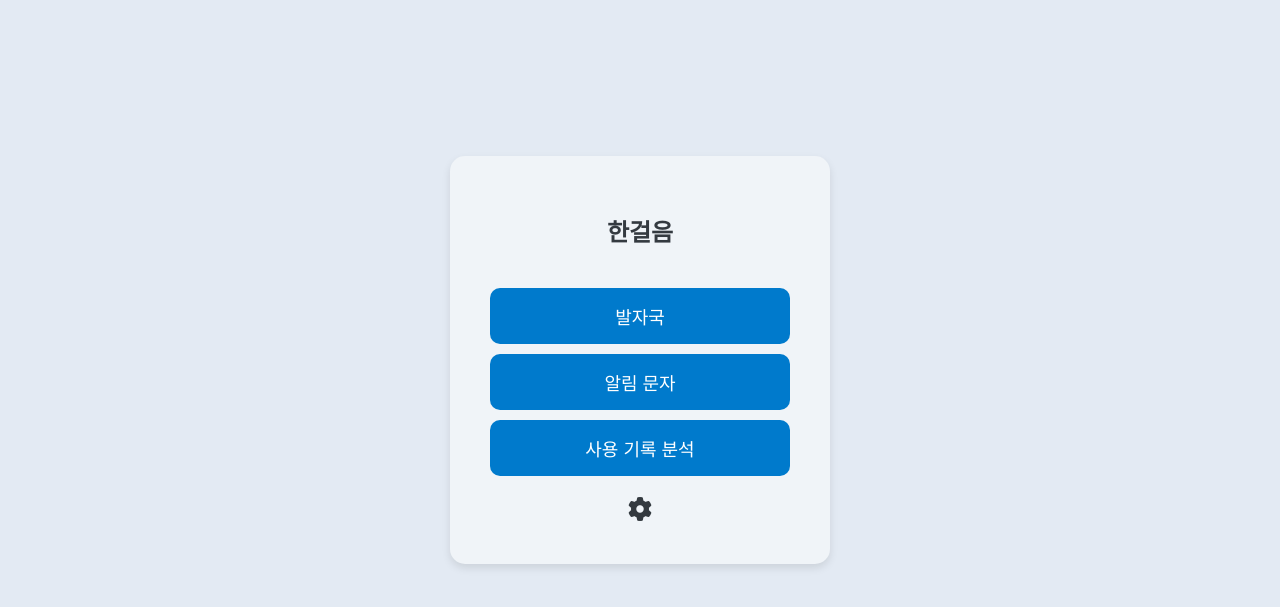
Repository: step-by-steps/step_by_steps_web
Page: http://localhost/index
The author's editor kept a copy of each file at every save. The page is drawn from the files as they stood at one save, then again after the next save.
The browser window is 1280 px wide. The pictures show the whole page.
The page is served by the project's application, run on Flask 3 (main.py). The session is filled in as if someone had signed in: {"username": "testuser"}.

Above is the page before, as saved 2024-08-07 18:40:16.

### templates/index.html
<!DOCTYPE html>
<html lang="ko">
<head>
    <meta charset="UTF-8">
    <meta name="viewport" content="width=device-width, initial-scale=1.0">
    <title>STEP BY STEP</title>
    <link rel="stylesheet" href="{{ url_for('static', filename='css/style.css') }}">
    <link rel="stylesheet" href="https://cdnjs.cloudflare.com/ajax/libs/font-awesome/6.0.0-beta3/css/all.min.css">
</head>
<body>
    <div class="container">
        <h1>한걸음</h1>
        <a href="{{ url_for('step1') }}" class="btn">발자국</a>
        <a href="{{ url_for('step2') }}" class="btn">알림 문자</a>
        <a href="{{ url_for('step3') }}" class="btn">사용 기록 분석</a>
        <div class="settings-icon">
            <a href="{{ url_for('settings') }}"><i class="fas fa-cog"></i></a>
        </div>
    </div>
</body>
</html>

### main.py
from flask import Flask, render_template, request, redirect, url_for, session
import mysql.connector

app = Flask(__name__)
app.secret_key = '011'

db_config = {
    'user': 'ondy',
    'password': '030104',
    'host': '172.20.10.12',
    'database': 'login_data',
    'collation': 'utf8mb4_general_ci'
}

def get_db_connection():
    conn = mysql.connector.connect(**db_config)
    return conn

def validate_user(username, password):
    conn = get_db_connection()
    cursor = conn.cursor(dictionary=True)
    cursor.execute("SELECT * FROM users WHERE username=%s AND password=%s", (username, password))
    user = cursor.fetchone()
    # 모든 결과를 명시적으로 읽음
    while cursor.nextset():
        cursor.fetchall()
    cursor.close()
    conn.close()
    return user

@app.route('/')
def home():
    if 'username' in session:
        return redirect(url_for('index'))
    return redirect(url_for('login'))

@app.route('/index')
def index():
    if 'username' in session:
        return render_template('index.html')
    return redirect(url_for('login'))

@app.route('/login', methods=['GET', 'POST'])
def login():
    if request.method == 'POST':
        username = request.form['username']
        password = request.form['password']
        user = validate_user(username, password)
        if user:
            session['username'] = user['username']
            return redirect(url_for('index'))
        else:
            return '로그인 실패'
    return render_template('login.html')

@app.route('/logout')
def logout():
    session.pop('username', None)
    return redirect(url_for('login'))

@app.route('/step1')
def step1():
    if 'username' not in session:
        return redirect(url_for('login'))
    return "Step 1 page"

@app.route('/step2')
def step2():
    if 'username' not in session:
        return redirect(url_for('login'))
    return "Step 2 page"

@app.route('/step3')
def step3():
    if 'username' not in session:
        return redirect(url_for('login'))
    return "Step 3 page"

@app.route('/settings')
def settings():
    if 'username' in session:
        return render_template('settings.html')
    return redirect(url_for('login'))

if __name__ == '__main__':
    app.run(debug=True, port=5002)

### static/css/style.css
body {
    background-color: #E3EAF3; /* 밝은 블루그레이 배경색 */
    font-family: Arial, sans-serif;
    display: flex;
    justify-content: center;
    align-items: center;
    height: 100vh;
    margin: 0;
    font-size: 16px; /* 기본 글자 크기 */
}

.container {
    text-align: center;
    background-color: #F0F4F8; /* 기존보다 명도 높은 배경색 */
    padding: 40px;
    border-radius: 15px;
    box-shadow: 0 4px 8px rgba(0, 0, 0, 0.1);
    width: 300px;
}

h1 {
    margin-bottom: 40px;
    color: #343A40; /* 짙은 회색 텍스트 */
    font-size: 24px; /* 헤더 글자 크기 */
}

a.btn, button.btn {
    display: block;
    background-color: #007ACC; /* 선명한 파란색 버튼 */
    color: #fff;
    text-decoration: none;
    padding: 15px 20px;
    margin: 10px 0;
    border-radius: 10px;
    border: none;
    cursor: pointer;
    transition: background-color 0.3s ease;
    font-size: 18px; /* 버튼 글자 크기 */
    text-align: center; /* 추가 */
}
button.login-btn {
    display: block;
    width: 100%;
    background-color: #007ACC; /* 선명한 파란색 버튼 */
    color: #fff;
    text-decoration: none;
    padding: 15px 20px;
    margin: 10px 0;
    border-radius: 10px;
    border: none;
    cursor: pointer;
    transition: background-color 0.3s ease;
    font-size: 18px; /* 버튼 글자 크기 */
    text-align: center; /* 추가 */
}
a.btn:hover, button.btn:hover {
    background-color: #005f99; /* hover 효과를 위한 더 진한 파란색 */
}

.settings-icon {
    margin-top: 20px;
}

.settings-icon a {
    color: #343A40; /* 아이콘 색상 */
    font-size: 24px;
    text-decoration: none;
    transition: color 0.3s ease;
}

.settings-icon a:hover {
    color: #007ACC; /* 아이콘 hover 색상 */
}

.input-field {
    display: block;
    width: 100%;
    margin: 10px 0;
    padding: 15px 20px;
    border: 1px solid #ccc;
    border-radius: 5px;
    font-size: 16px; /* 입력 필드 글자 크기 */
    box-sizing:border-box;
}

.footer-links {
    margin-top: 20px;
    color: #6C757D;
    font-size: 14px;
}

.footer-links a {
    color: #007ACC;
    text-decoration: none;
    margin: 0 5px;
    font-size: 14px; /* 푸터 링크 글자 크기 */
}

.header {
    display: flex;
    align-items: center;
    margin-bottom: 20px;
}

.header h1 {
    flex: 1;
    text-align: center;
    margin: 0;
    color: #343A40;
}

.back-button {
    color: #343A40;
    text-decoration: none;
    font-size: 24px;
}

After the next save:
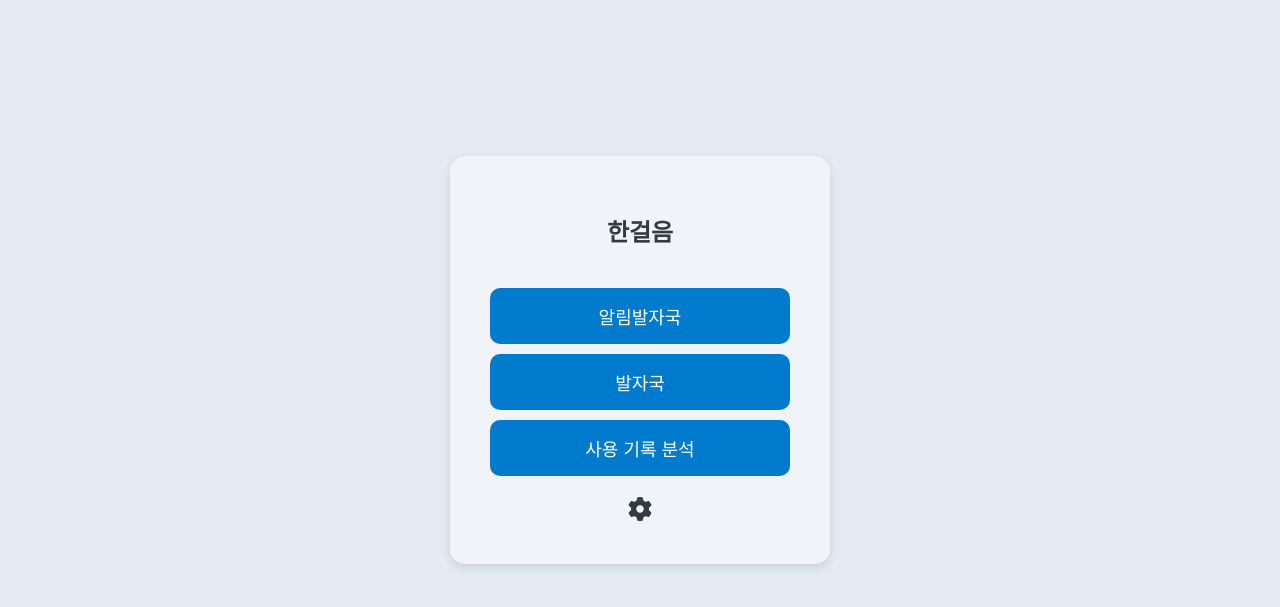
Saved 4 days later.
--- a/templates/index.html
+++ b/templates/index.html
@@ -10,9 +10,13 @@
 <body>
     <div class="container">
         <h1>한걸음</h1>
-        <a href="{{ url_for('step1') }}" class="btn">발자국</a>
-        <a href="{{ url_for('step2') }}" class="btn">알림 문자</a>
-        <a href="{{ url_for('step3') }}" class="btn">사용 기록 분석</a>
+
+        <div class="buttons">
+            <a href="{{ url_for('step1') }}" class="btn">알림발자국</a>
+            <a href="{{ url_for('step2') }}" class="btn">발자국</a>
+            <a href="{{ url_for('step3') }}" class="btn">사용 기록 분석</a>
+        </div>
+
         <div class="settings-icon">
             <a href="{{ url_for('settings') }}"><i class="fas fa-cog"></i></a>
         </div>
